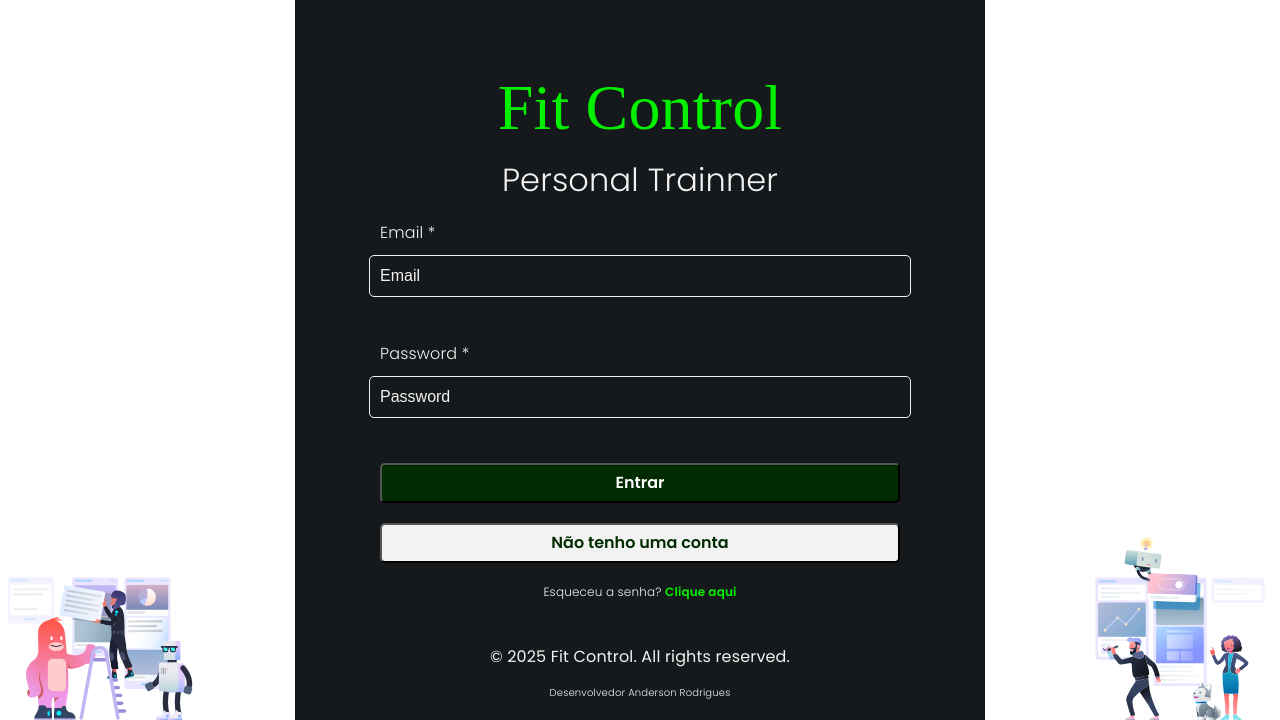
Repository: fit-control/frontend-fit-control
Page: /
The author's editor kept a copy of each file at every save. The page is drawn from the files as they stood at one save, then again after the next save.
The browser window is 1280 px wide. The pictures show the whole page.
Some web fonts or font styles are not loaded; a fallback is used. The project was rebuilt for these pictures with package versions that can differ from the ones it lists, and the page was loaded fresh each time. The framework's server and built-in components were replaced by stand-ins that run in the browser. Also part of the build but not shown: next.config.js, vite.config.ts.

Above is the page before, as saved 2025-01-18 23:14:38.

### src/app/layout.tsx
/* eslint-disable @next/next/no-img-element */
import "./globals.css";
import Home from "./page";
export default function RootLayout({
  // children,
}: Readonly<{
  children: React.ReactNode;
}>) {
  return (
    <html lang="en">
      <body>
          <Home />
      </body>
    </html>
  );
}

### src/app/page.tsx
import ContainerCenterLogin from "./components/containerCenterLogin";

export default function Home() {
  return (
    <div className="items-center justify-items-center min-h-screen flex">
      <ContainerCenterLogin />
    </div>
  );
}

### src/app/globals.css
@import url('https://fonts.googleapis.com/css2?family=Alike+Angular&family=Platypi:ital,wght@0,300..800;1,300..800&family=Poppins:ital,wght@0,100;0,200;0,300;0,400;0,500;0,600;0,700;0,800;0,900;1,100;1,200;1,300;1,400;1,500;1,600;1,700;1,800;1,900&display=swap');
@import url('https://fonts.googleapis.com/css2?family=Aguafina+Script&family=Alike+Angular&family=Platypi:ital,wght@0,300..800;1,300..800&family=Poppins:ital,wght@0,100;0,200;0,300;0,400;0,500;0,600;0,700;0,800;0,900;1,100;1,200;1,300;1,400;1,500;1,600;1,700;1,800;1,900&display=swap');
/* @tailwind base;
@tailwind components;
@tailwind utilities; */

/* :root {
  --background: #ffffff;
  --foreground: #171717;
}

@media (prefers-color-scheme: light) {
  :root {
    --background: #0a0a0a;
    --foreground: #ededed;
  }
} */

body {
  padding: 0;
  margin: 0;
  font-family: Poppins, sans-serif;
  font-size: 16px;
  line-height: 1.5;
  font-weight: 400;
  letter-spacing: 0.01em;
  display: flex;
  justify-content: center;
  align-items: center;

  .iconPageLeft {
    position: absolute;
    left: 0;
    bottom: 0;
    max-width: 400px;
    max-height: 400px;

    @media (max-width: 1480px) {
      max-width: 300px;
      max-height: 300px;
    }
    @media (max-width: 1280px) {
      max-width: 200px;
      max-height: 200px;
    }
    @media (max-width: 930px) {
      display: none;
    }
  }
  .iconPageRight {
    position: absolute;
    right: 0;
    bottom: 0;
    max-width: 400px;
    max-height: 400px;

    @media (max-width: 1480px) {
      max-width: 300px;
      max-height: 300px;
    }

    @media (max-width: 1280px) {
      max-width: 200px;
      max-height: 200px;
    }
    @media (max-width: 930px) {
      display: none;
    }
  }

  .containerLogin {
    min-width: 650px;
    min-height: calc(100vh - 40px);
    display: flex;
    flex-direction: column;
    justify-content: space-between;
    padding: 20px;
    align-items: center;
    background-color: #16191B;

    @media (max-width: 1080px) {
      min-width: 550px;
    }
    @media (max-width: 980px) {
      min-width: 500px;
    }
    @media (max-width: 930px) {
      width: calc(100vw - 40px);
      overflow: hidden;
    }
    .divTitle {
      margin-top: 40px;
      display: flex;
      flex-direction: column;
      align-items: center;
      justify-content: center;

      h1 {
        margin: 0;
        color: #04F000;
        font-family: 'Aguafina Script', cursive;
        font-size: 4rem;
        font-weight: 400;
      }
      h3 {
        margin: 0;
        color: #F2F2F2;
        font-family: 'Poppins', sans-serif;
        font-size: 2rem;
        font-weight: 300;
      }
    }
    p {
      color: #F2F2F2;
    }
    footer {
      display: flex;
      flex-direction: column;
      align-items: center;
      justify-content: center;

      .assignDeveloper {
        margin: 0%;
        color: #F2F2F2;
        font-size: 10px;
        font-weight: 300;
      }
    }

    .centerCard {
      display: flex;
      flex-direction: column;
      align-items: center;
      justify-content: center;
      gap: 10px;
      width: -webkit-fill-available;

      input {
        width: 80%;
        height: 40px;
        border: 1px solid #F2F2F2;
        border-radius: 5px;
        padding: 0 10px;
        background-color: #16191B;
        color: #F2F2F2;
        font-size: 16px;
        font-weight: 300;
        outline: none;
        margin-bottom: 35px;
        transition: all 0.3s ease;
        &::placeholder {
          color: #F2F2F2;
          font-size: 16px;
          font-weight: 300;
        }
        &:focus {
          border-color: #04F000;
        }
      }
      label {
        color: #F2F2F2;
        font-size: 16px;
        font-weight: 300;
        display: flex;
        justify-content: flex-start;
        width: 80%;
      }
      button {
        width: 80%;
        height: 40px;
        border-radius: 5px;
        padding: 0 10px;
        background-color: #012B00;
        color: #FFFFFF;
        font-family: 'Poppins', sans-serif;
        font-size: 16px;
        font-weight: 600;
        outline: none;
        transition: all 0.3s ease;
      }
      button:hover {
        background-color: #F2F2F2;
        color: #16191B;
        cursor: pointer;
      }
      button:active {
        background-color: #04F000;
        color: #16191B;
        cursor: pointer;
        opacity: 0.5;
      }
      button:disabled {
        background-color: #F2F2F2;
        color: #16191B;
        cursor: not-allowed;
        opacity: 0.5;
      }
      button:focus {
        outline: none;
      }
      button:focus-visible {
        outline: 1px solid #F2F2F2;
      }
      .registerButton {
        background-color: #F2F2F2;
        color: #012B00;
        font-family: 'Poppins', sans-serif;
        font-size: 16px;
        font-weight: 600;
        outline: none;
        transition: all 0.3s ease;
        margin-top: 10px;

      }
      .registerButton:hover {
        background-color: #012B00;
        text-decoration: underline;
        color: #F2F2F2;
        cursor: pointer;
        transition: all 0.4s ease-in-out;
      }
      .registerLink {
        color: #04F000;
        font-weight: 600;
      }
      .forgotPassword {
        margin-top: 10px;
        font-size: 12px;
        font-weight: 300;
      }
      .registerLink {
        color: #04F000;
        font-weight: 600;
        text-decoration: none;
      }
      .registerLink:hover {
        text-decoration: underline;
      }
    }
  }
}

### src/app/components/containerCenterLogin.tsx
/* eslint-disable react/no-unescaped-entities */
/* eslint-disable @next/next/no-img-element */
const ContainerCenterLogin = () => {
  return (
    <div><img src="/trello-right.e6e102c7 (1).svg" alt="iconPageLeft" className="iconPageLeft" />
        <main className="containerLogin">
        <div className="divTitle">
          <h1 className="title">Fit Control</h1>
          <h3 className="subtitle">Personal Trainner</h3>
        </div>
        <div className="centerCard">
          <label htmlFor="email">Email *</label>
          <input type="text" placeholder="Email" />
          <label htmlFor="password">Password *</label>
          <input type="password" placeholder="Password" />
          <button>Entrar</button>
          <button className="registerButton">Não tenho uma conta</button>
          <p className="forgotPassword">Esqueceu a senha? <a href="/register" className="registerLink">Clique aqui</a></p>
        </div>
        <footer className="">
          <p className="">
            &copy; {new Date().getFullYear()} Fit Control. All rights reserved.
          </p>
          <p className="assignDeveloper">Desenvolvedor Anderson Rodrigues</p>
        </footer>
      </main>
      <img src="/trello-left.4f52d13c (1).svg" alt="iconPageRight" className="iconPageRight" />
    </div>
  );
};

export default ContainerCenterLogin;

Loaded but not shown: tailwind.config.js (common file)

After the next save:
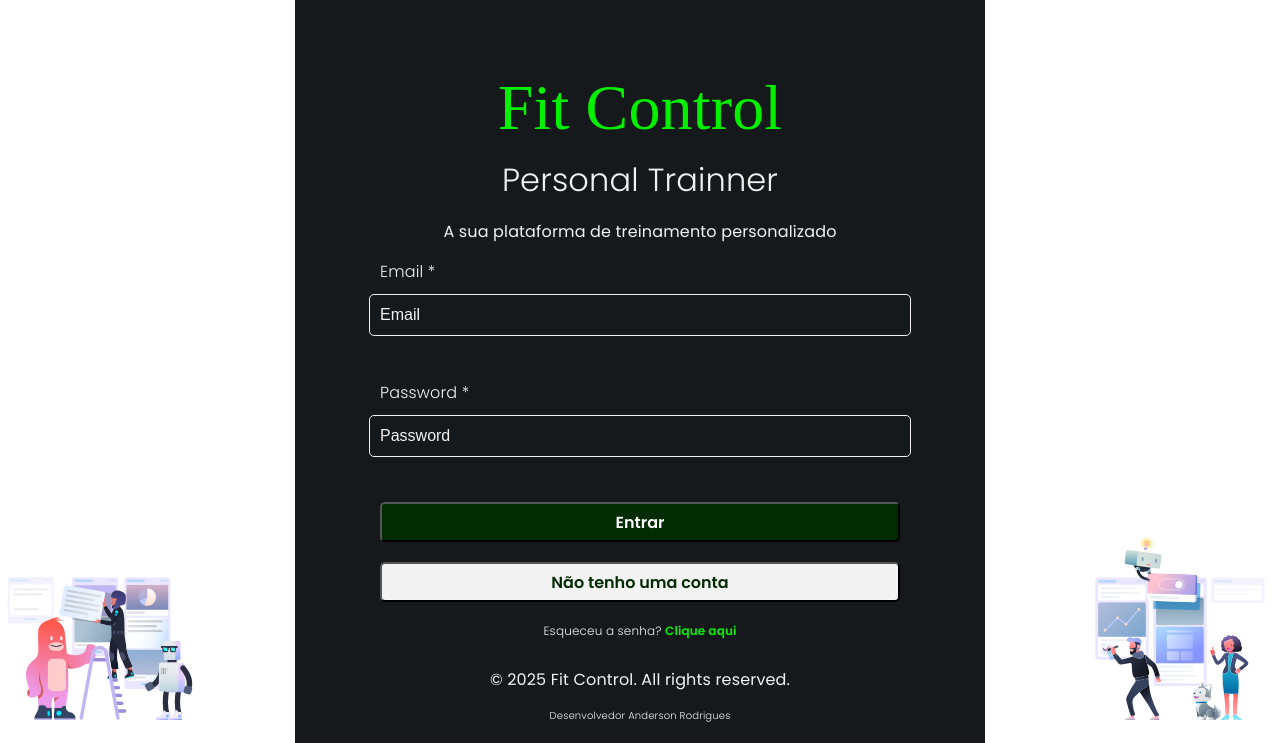
Saved 4 min 39 s later.
--- a/src/app/components/containerCenterLogin.tsx
+++ b/src/app/components/containerCenterLogin.tsx
@@ -7,6 +7,7 @@ const ContainerCenterLogin = () => {
         <div className="divTitle">
           <h1 className="title">Fit Control</h1>
           <h3 className="subtitle">Personal Trainner</h3>
+          <p className="description">A sua plataforma de treinamento personalizado</p>
         </div>
         <div className="centerCard">
           <label htmlFor="email">Email *</label>
